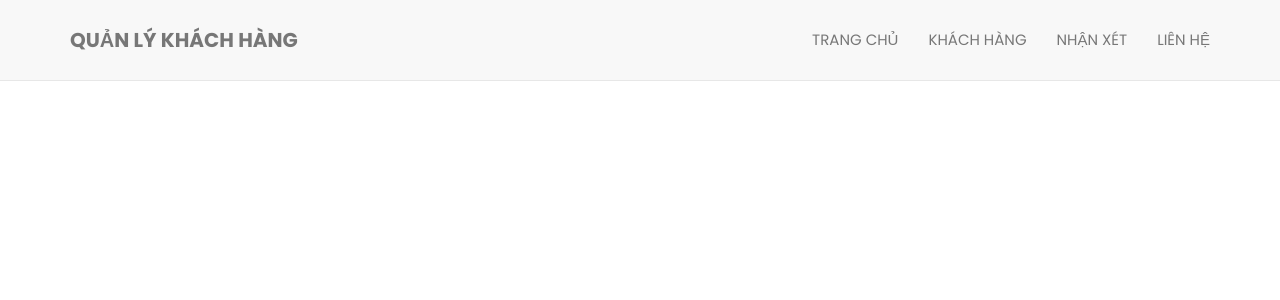
Repository: huutien1904/bt2-ltw
Page: index.html
These files come from the project's save history. The page is drawn as it stood at one moment and after the next save; the edit follows.
The browser window is 1280 px wide. The pictures show the whole page.

Above is the page before, as saved 2021-11-03 21:12:37.

After the next save:
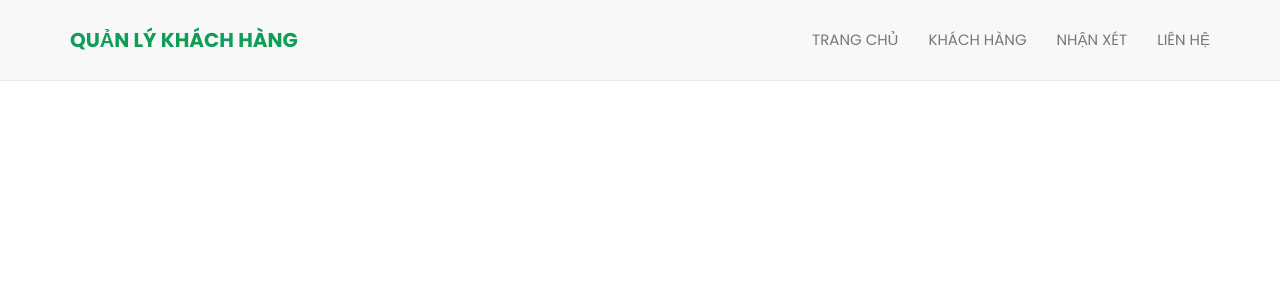
Saved 26 s later.
--- a/style.css
+++ b/style.css
@@ -19,7 +19,7 @@ body {
 .navbar-brand{
   font-weight: 700;
   font-size: 20px;
-  color: var(--primary-color);
+  color: var(--primary-color) !important;
 }
 li{
   color: var(--primary-color);
